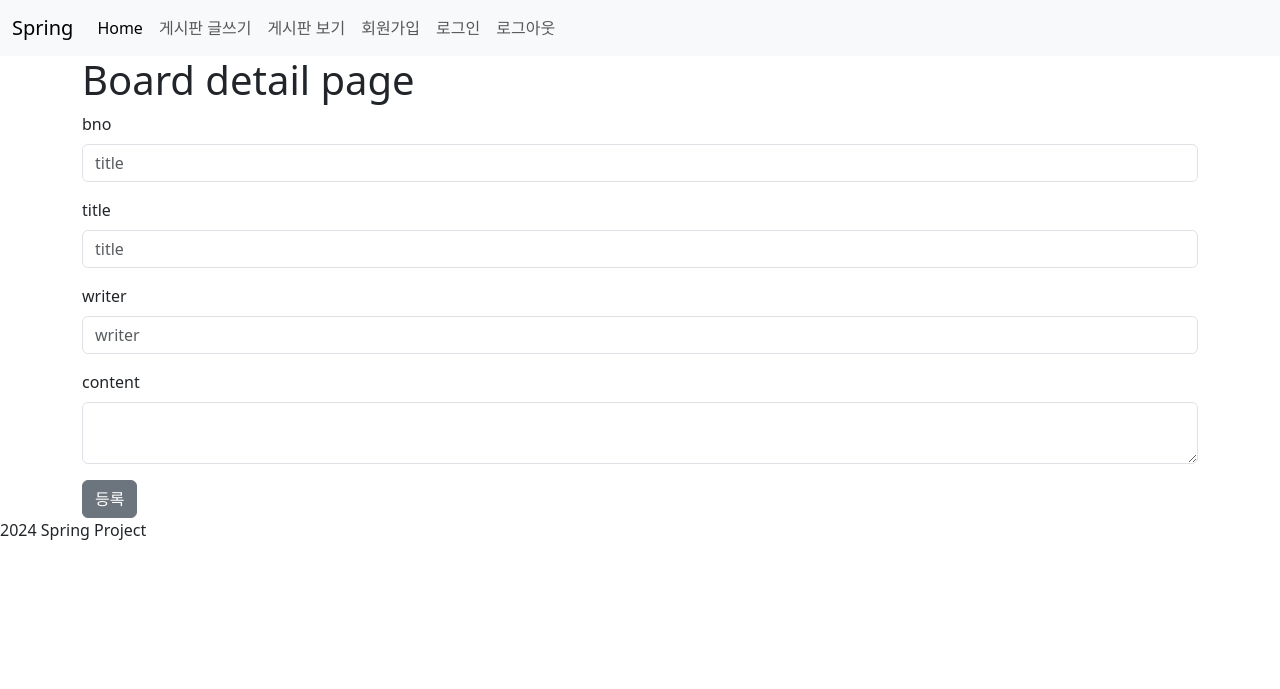
Repository: kimnoanoa/springTest240430
Page: http://localhost/spring_study/WEB-INF/views/board/detail.jsp
These files come from the project's save history. The page is drawn as it stood at one moment and after the next save; the edit follows.
The browser window is 1280 px wide. The pictures show the whole page.
The page is served by Tomcat 9. Nobody is signed in. The template is opened directly, without the code that normally fills it, so the values that code supplies are empty.

Above is the page before, as saved 2024-04-24 05:46:54.

After the next save:
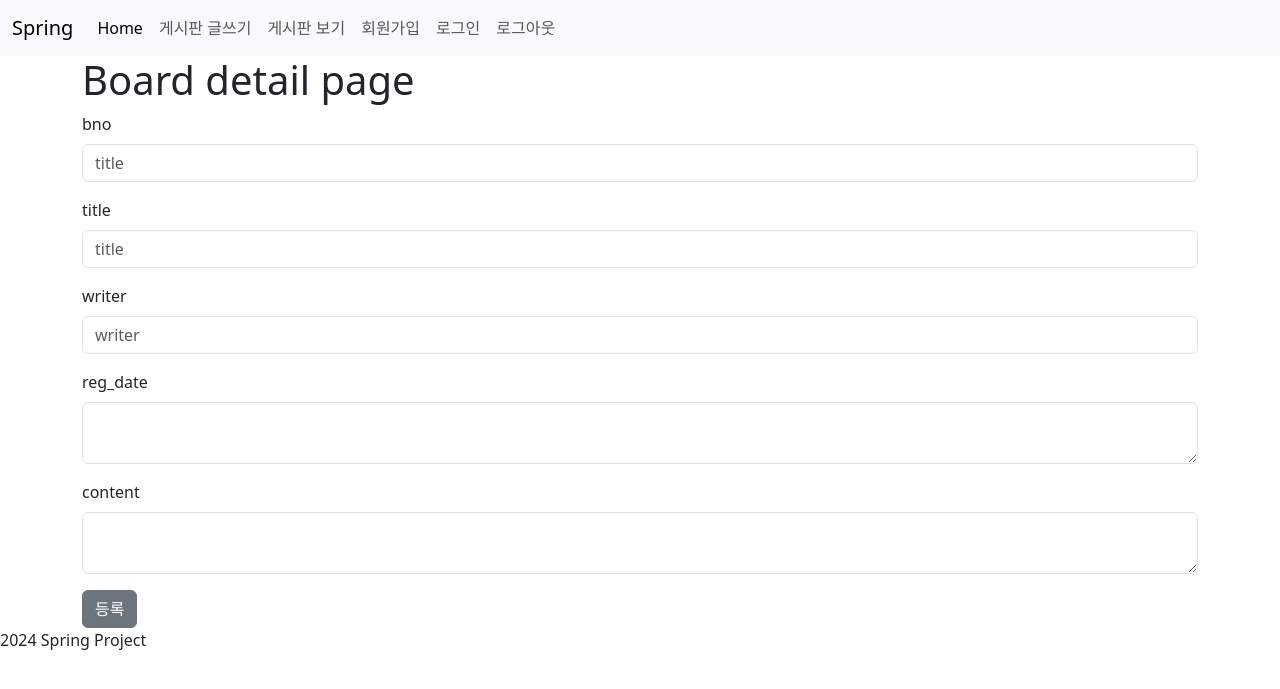
Saved 36 s later.
--- a/spring_study/src/main/webapp/WEB-INF/views/board/detail.jsp
+++ b/spring_study/src/main/webapp/WEB-INF/views/board/detail.jsp
@@ -17,6 +17,10 @@
 			  <input type="text" class="form-control" id="w" name="writer" placeholder="writer">
 			</div>
 			<div class="mb-3">
+			   <label for="r" class="form-label">reg_date</label>
+			  <textarea class="form-control" id="r" aria-label="With textarea" name="content"></textarea>
+			</div>
+			<div class="mb-3">
 			   <label for="c" class="form-label">content</label>
 			  <textarea class="form-control" id="c" aria-label="With textarea" name="content"></textarea>
 			</div>
